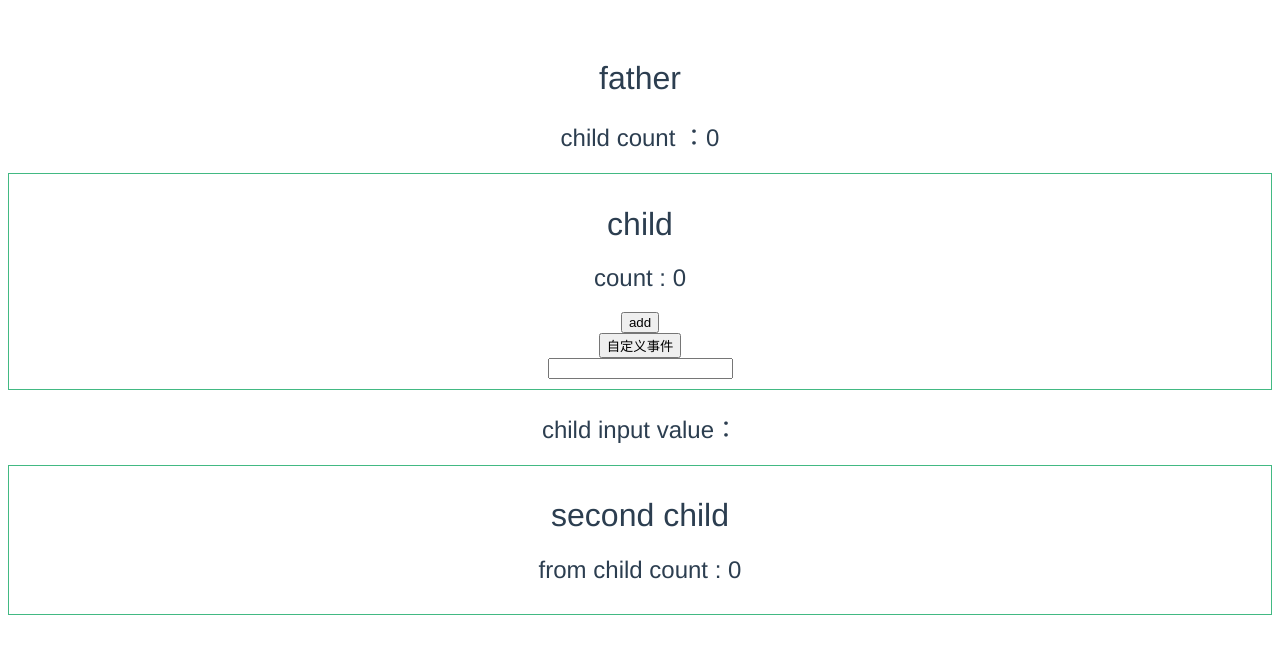
Repository: NotTooTwo/vueRouter
Page: /#/
These files come from the project's save history. The page is drawn as it stood at one moment and after the next save; the edit follows.
The browser window is 1280 px wide. The pictures show the whole page.
The project was rebuilt for these pictures with package versions that can differ from the ones it lists, and the page was loaded fresh each time.

Above is the page before, as saved 2018-03-13 14:30:11.

After the next save:
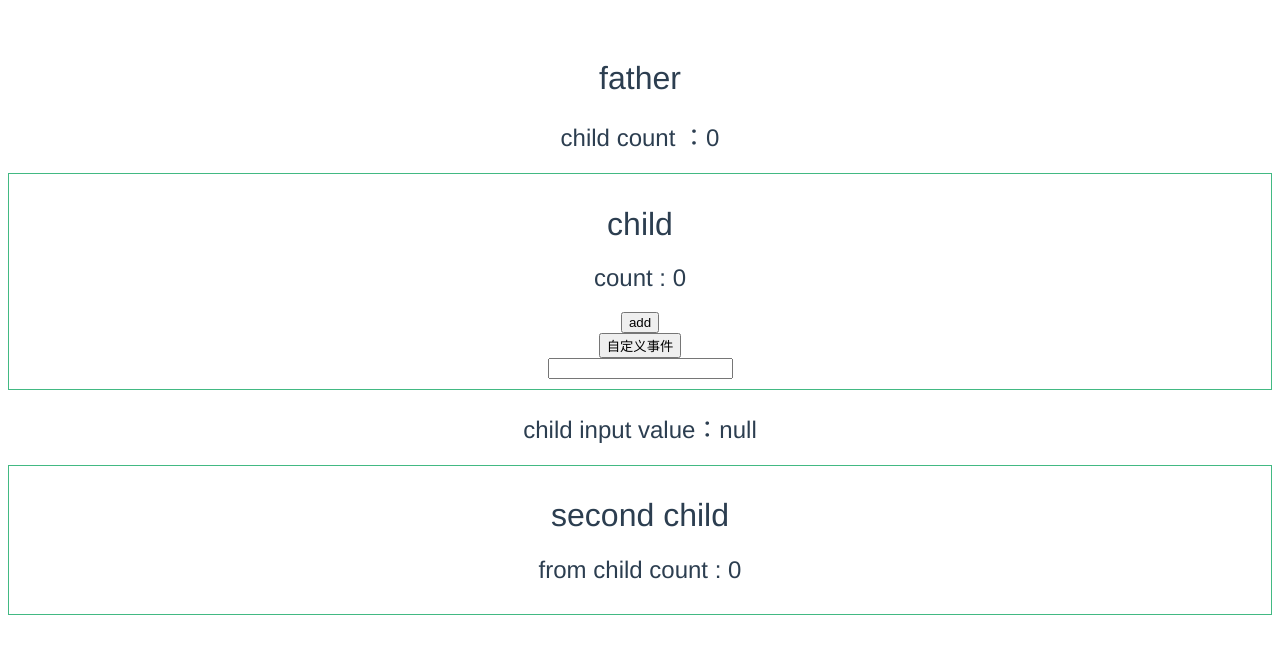
Saved 15 s later.
--- a/src/components/HelloWorld.vue
+++ b/src/components/HelloWorld.vue
@@ -4,7 +4,7 @@
     <h2>child count ：{{childNum}}</h2>
     <!-- 子组件给父组件传参：子组件内(add()函数)$emit触发父组件的预定义的触发函数 -->
     <Child :countNum=childNum v-on:childCount="countChildNum"></Child>
-    <h2>child input value：{{msg}}</h2>
+    <h2>child input value：{{msg||'null'}}</h2>
     <second-child :countNum=childNum></second-child>
   </div>
 </template>
